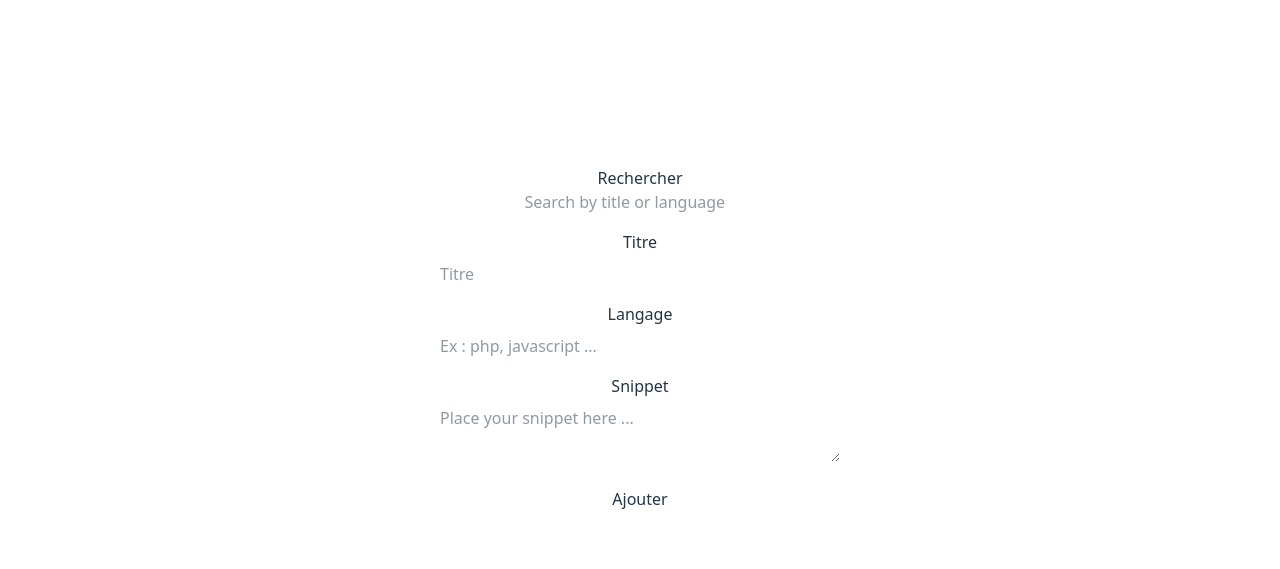
Repository: gdudekdev/mini-react-project
Page: /
These files come from the project's save history. The page is drawn as it stood at one moment and after a run of saves; the edit follows.
The browser window is 1280 px wide. The pictures show the whole page.
The project was rebuilt for these pictures with package versions that can differ from the ones it lists, and the page was loaded fresh each time. Also part of the build but not shown: vite.config.js, src/components/Snippet.tsx.

Above is the page before, as saved 2025-07-11 11:30:47.

After the next 3 saves:
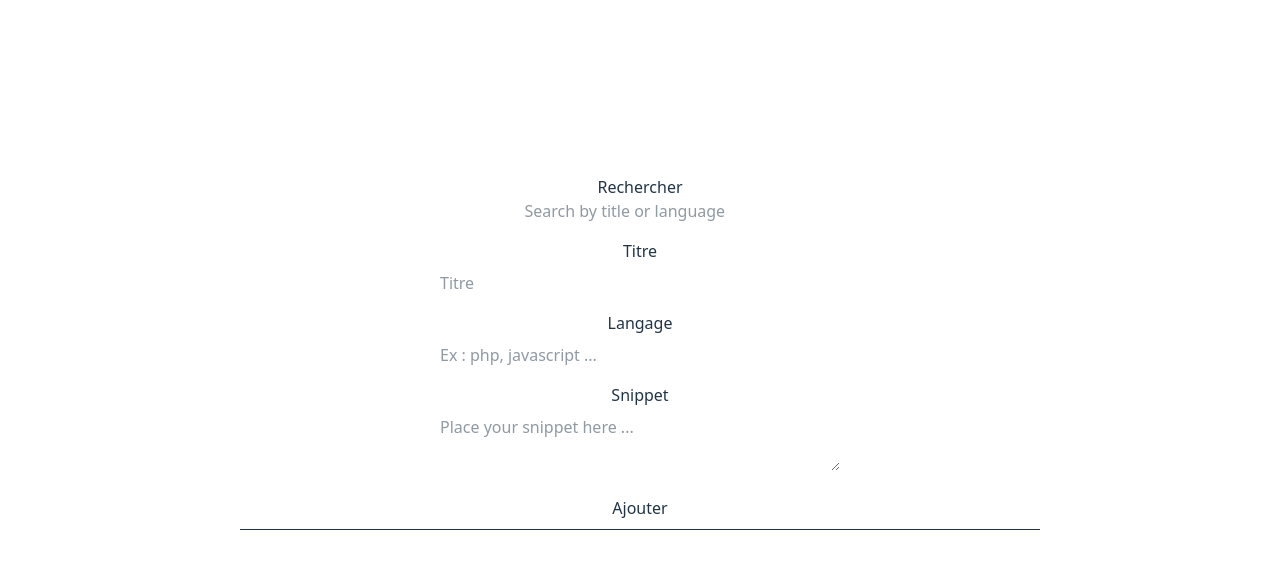
The 3 saves are shown as one change because they came seconds apart.
The last was saved 3 min 40 s later.
--- a/src/components/SnippetList.jsx
+++ b/src/components/SnippetList.jsx
@@ -13,7 +13,7 @@ export default function SnippetList() {
 
   return (
     <div className="w-[800px]">
-      <div className="h-[2px] border-1 border-white w-full mt-4"></div>
+      <hr></hr>
       <ul className="flex flex-col gap-6 mt-4">
         {filteredSnippet.map((snippet, index) => {
           return (
